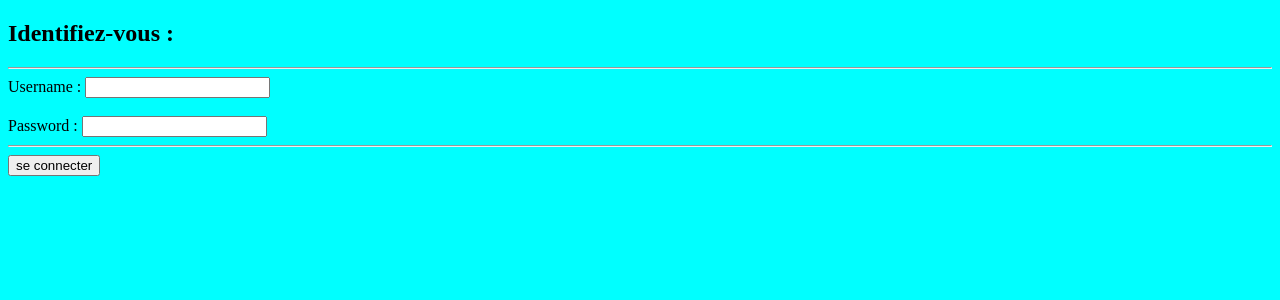
Repository: Chakir-Manale/GI_ENSAO
Page: GI4/S1/JEE/WorkSpace/TP2/WebContent/Identification.html
An editor plug-in stored every save of this project. The page is shown before and after the next save, followed by the edit.
The browser window is 1280 px wide. The pictures show the whole page.

Above is the page before, as saved 2018-10-20 17:21:34.

### GI4/S1/JEE/WorkSpace/TP2/WebContent/Identification.html
<!DOCTYPE html>
<html>
<head>
<meta charset="ISO-8859-1">
<title>TP2 Servlet</title>

<style>
		body {
			background: aqua;
			 color: black;
		}

		.form-container > form > div{
			margin: 1rem 0;
		}
	</style>
</head>
<body>
	<h2 style ="color:light blue">Identifiez-vous : </h2>
	<hr>
	<div id="infos">
	<form action="ident" method="get">
		Username :
		    <input type="text" name="username"/>
		<br><br>
		Password :
		      <input type="text" name="password"/>
		<hr>
		<button type="submit" id="send">se connecter</button>

	</form>
	</div>

</body>
</html>

After the next save:
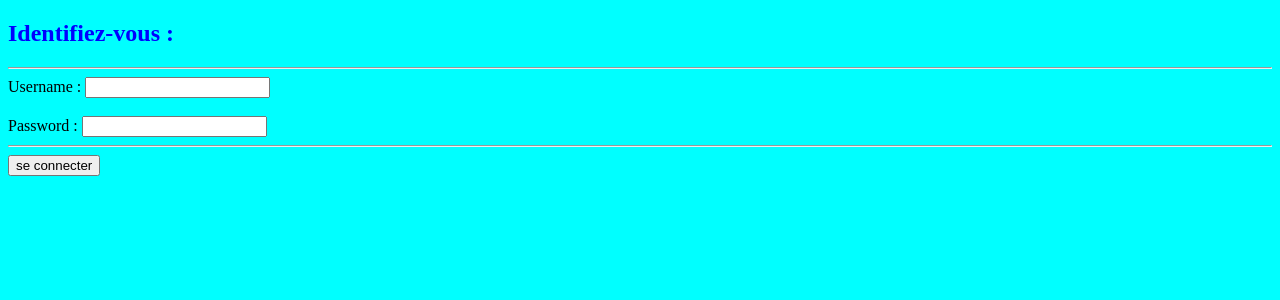
Saved 6 s later.
--- a/GI4/S1/JEE/WorkSpace/TP2/WebContent/Identification.html
+++ b/GI4/S1/JEE/WorkSpace/TP2/WebContent/Identification.html
@@ -16,7 +16,7 @@
 	</style>
 </head>
 <body>
-	<h2 style ="color:light blue">Identifiez-vous : </h2>
+	<h2 style ="color:blue">Identifiez-vous : </h2>
 	<hr>
 	<div id="infos">
 	<form action="ident" method="get">
